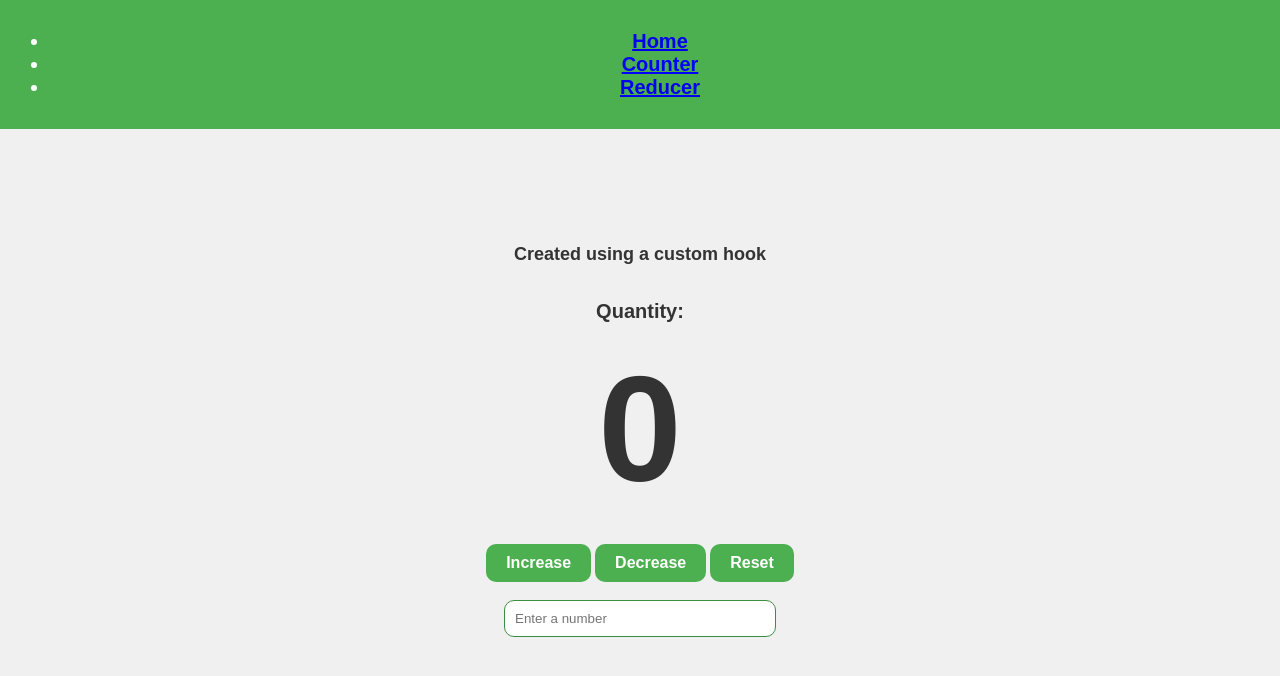
Repository: qudos4real/altschool-second-sem
Page: /counter
These files come from the project's save history. The page is drawn as it stood at one moment and after the next save; the edit follows.
The browser window is 1280 px wide. The pictures show the whole page.
The project was rebuilt for these pictures with package versions that can differ from the ones it lists, and the page was loaded fresh each time. Also part of the build but not shown: src/App.css, src/hooks/reducer.1.js, src/Components/Reducer.js, src/Components/Home.js, src/Components/NotFound.js, src/Components/ErrorBoundary.js.

Above is the page before, as saved 2022-11-04 17:43:10.

After the next save:
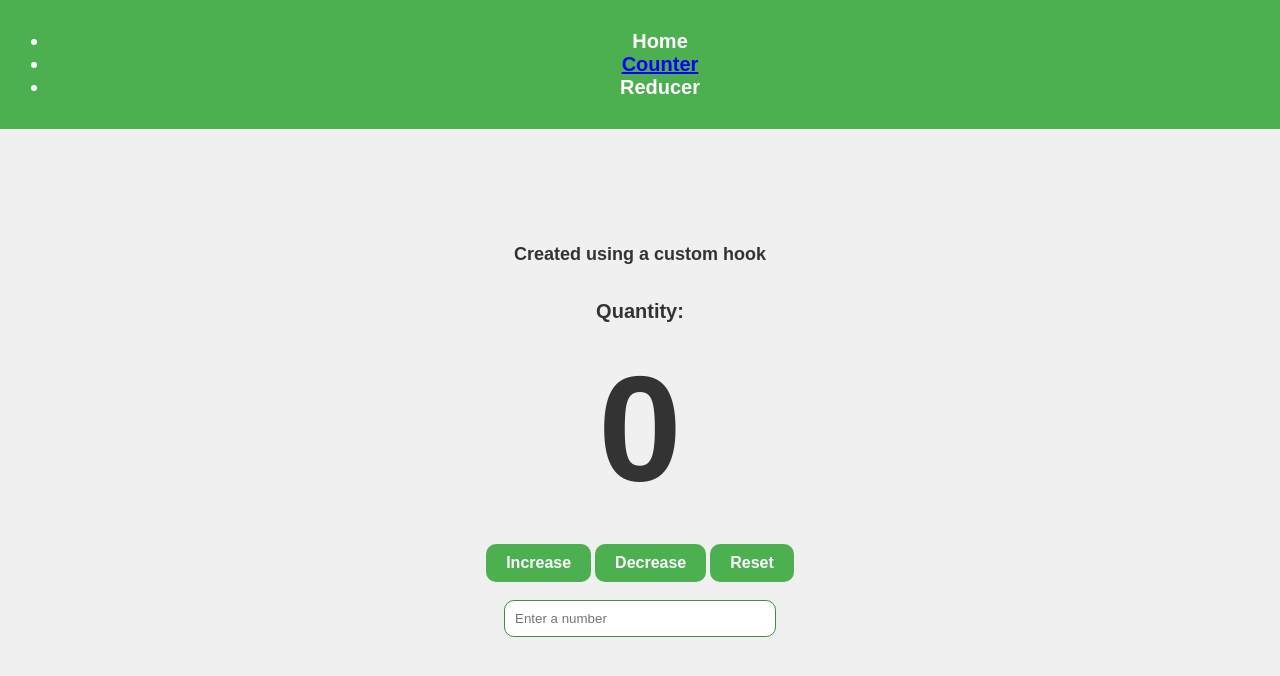
Saved 24 s later.
--- a/src/CSS/Counter.css
+++ b/src/CSS/Counter.css
@@ -70,6 +70,10 @@ nav{
     font-weight: bold;
     text-align: center;
 }
+nav a{
+    color: white;
+    text-decoration: none;
+}
 
 
 .active{
